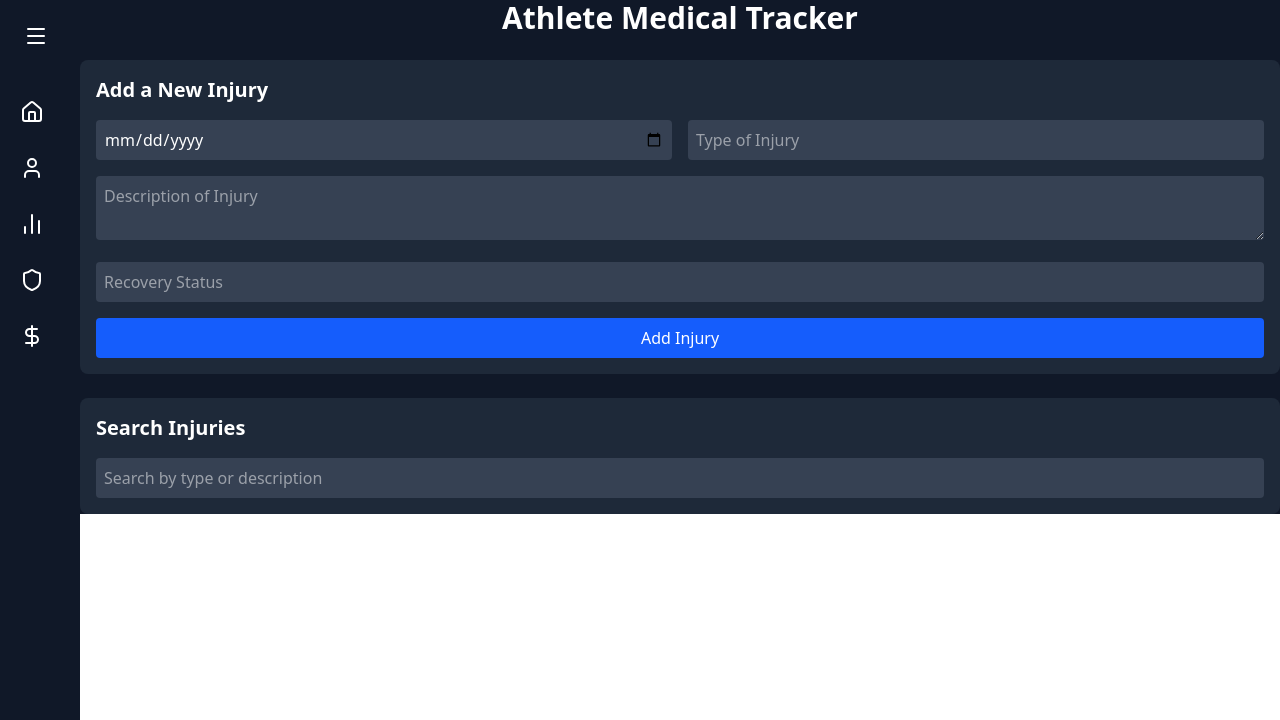
Repository: Shovon0004/Athlete
Page: /medical (app in Athlete/)
An editor plug-in stored every save of this project. The page is shown before and after the next save, followed by the edit.
The browser window is 1280 px wide. The pictures show the whole page.
The project was rebuilt for these pictures with package versions that can differ from the ones it lists, and the page was loaded fresh each time. Also part of the build but not shown: Athlete/vite.config.js, Athlete/src/components/FinanceActions.jsx, Athlete/src/components/EditableFinanceDashboard.jsx, Athlete/src/components/News.jsx, Athlete/src/components/SportsPage.jsx, Athlete/src/components/HeroPage.jsx.

Above is the page before, as saved 2025-01-28 22:13:09.

### Athlete/index.html
<!doctype html>
<html lang="en">
  <head>
    <meta charset="UTF-8" />
    <link rel="icon" type="image/svg+xml" href="/12.png" />
    <meta name="viewport" content="width=device-width, initial-scale=1.0" />
    <title>Khiladi.co</title>
  </head>
  <body>
    <div id="root"></div>
    <script type="module" src="/src/main.jsx"></script>
  </body>
</html>

### Athlete/src/App.jsx
import React from 'react';
import { BrowserRouter as Router, Route, Routes } from 'react-router-dom';
import SideNavbar from './components/SideNavbar';
import EditableFinanceDashboard from './components/EditableFinanceDashboard';
import HeroPage from './components/HeroPage';
import Medical from './components/Medical';

const App = () => {
  return (
    <Router>
      <div className="flex">
        <SideNavbar />

        <div className="ml-20 flex-grow ">
          <Routes>
            <Route path="/" element={<HeroPage />} />
            <Route path="/financial" element={<EditableFinanceDashboard />} />
            <Route path="/medical" element={<Medical />} />

            {/* Add other routes as needed */}
          </Routes>
        </div>
      </div>
    </Router>
  );
};

export default App;

### Athlete/src/components/SideNavbar.jsx
import React, { useState } from 'react';
import {
  Home,
  User,
  BarChart2,
  Shield,
  DollarSign,
  Menu
} from 'lucide-react';

const SideNavbar = () => {
  const [isExpanded, setIsExpanded] = useState(false);

  const navItems = [
    { icon: Home, label: 'Dashboard', href: '/' },
    { icon: User, label: 'Athletes', href: '/athletes' },
    { icon: BarChart2, label: 'Performance', href: '/performance' },
    { icon: Shield, label: 'Injuries', href: '/Medical' },
    { icon: DollarSign, label: 'Financial', href: '/financial' }
  ];

  return (
    <div
      className={`h-screen bg-gray-900 text-white transition-all duration-300
        ${isExpanded ? 'w-64' : 'w-20'} fixed left-0 top-0 z-50`}
    >
      <div className="flex flex-col h-full">
        {/* Logo & Toggle */}
        <div className="flex items-center justify-between p-4  border-orange-700">
          {isExpanded && (
            <div className="text-xl font-bold">Khiladi</div>
          )}
          <button
            onClick={() => setIsExpanded(!isExpanded)}
            className="hover:bg-orange-700 p-2 rounded"
          >
            <Menu />
          </button>
        </div>

        {/* Navigation Items */}
        <nav className="flex-grow mt-4">
          <ul className="space-y-2">
            {navItems.map((item, index) => (
              <li key={index}>
                <a
                  href={item.href}
                  className={`flex items-center p-3 hover:bg-orange-700
                    ${isExpanded ? 'justify-start px-6' : 'justify-center'}`}
                >
                  <item.icon className="mr-4" />
                  {isExpanded && <span>{item.label}</span>}
                </a>
              </li>
            ))}
          </ul>
        </nav>
      </div>
    </div>
  );
};

export default SideNavbar;

### Athlete/src/components/Medical.jsx
import React, { useState } from "react";
import { motion } from "framer-motion";

const Medical = () => {
  const [injuries, setInjuries] = useState([]);
  const [newInjury, setNewInjury] = useState({
    date: "",
    type: "",
    description: "",
    recoveryStatus: "",
  });
  const [searchTerm, setSearchTerm] = useState("");
  const [filteredInjuries, setFilteredInjuries] = useState([]);

  const handleInputChange = (e) => {
    const { name, value } = e.target;
    setNewInjury({ ...newInjury, [name]: value });
  };

  const addInjury = () => {
    if (newInjury.date && newInjury.type) {
      const updatedInjuries = [...injuries, { ...newInjury, id: Date.now() }];
      setInjuries(updatedInjuries);
      setFilteredInjuries(updatedInjuries);
      setNewInjury({ date: "", type: "", description: "", recoveryStatus: "" });
    }
  };

  const handleSearch = (e) => {
    const term = e.target.value;
    setSearchTerm(term);
    if (term) {
      setFilteredInjuries(
        injuries.filter(
          (injury) =>
            injury.type.toLowerCase().includes(term.toLowerCase()) ||
            injury.description.toLowerCase().includes(term.toLowerCase())
        )
      );
    } else {
      setFilteredInjuries(injuries);
    }
  };

  const deleteInjury = (id) => {
    const updatedInjuries = injuries.filter((injury) => injury.id !== id);
    setInjuries(updatedInjuries);
    setFilteredInjuries(updatedInjuries);
  };

  return (
    <div className=" max-w-full max-h-full  bg-gray-900 text-white">
      <motion.h1
        className="text-3xl font-bold mb-6 text-center"
        initial={{ opacity: 0, y: -50 }}
        animate={{ opacity: 1, y: 0 }}
      >
        Athlete Medical Tracker
      </motion.h1>

      <div className="mb-6 p-4 rounded-lg bg-gray-800">
        <h2 className="text-xl font-semibold mb-4">Add a New Injury</h2>
        <div className="grid grid-cols-1 gap-4 sm:grid-cols-2">
          <input
            type="date"
            name="date"
            value={newInjury.date}
            onChange={handleInputChange}
            className="p-2 rounded bg-gray-700 text-white"
            placeholder="Date of Injury"
          />
          <input
            type="text"
            name="type"
            value={newInjury.type}
            onChange={handleInputChange}
            className="p-2 rounded bg-gray-700 text-white"
            placeholder="Type of Injury"
          />
        </div>
        <textarea
          name="description"
          value={newInjury.description}
          onChange={handleInputChange}
          className="mt-4 p-2 w-full rounded bg-gray-700 text-white"
          placeholder="Description of Injury"
        ></textarea>
        <input
          type="text"
          name="recoveryStatus"
          value={newInjury.recoveryStatus}
          onChange={handleInputChange}
          className="mt-4 p-2 w-full rounded bg-gray-700 text-white"
          placeholder="Recovery Status"
        />
        <button
          onClick={addInjury}
          className="mt-4 w-full p-2 bg-blue-600 hover:bg-blue-700 rounded text-white"
        >
          Add Injury
        </button>
      </div>

      <div className="mb-6 p-4 rounded-lg bg-gray-800">
        <h2 className="text-xl font-semibold mb-4">Search Injuries</h2>
        <input
          type="text"
          value={searchTerm}
          onChange={handleSearch}
          className="p-2 w-full rounded bg-gray-700 text-white"
          placeholder="Search by type or description"
        />
      </div>

      <div className="space-y-4">
        {filteredInjuries.map((injury) => (
          <div key={injury.id} className="p-4 rounded-lg bg-gray-800">
            <h3 className="text-lg font-bold">{injury.type}</h3>
            <p className="text-sm text-gray-400">Date: {injury.date}</p>
            <p className="mt-2">{injury.description}</p>
            <p className="mt-2 text-sm font-medium text-green-400">
              Recovery Status: {injury.recoveryStatus || "Not updated"}
            </p>
            <button
              onClick={() => deleteInjury(injury.id)}
              className="mt-4 p-2 bg-red-600 hover:bg-red-700 rounded text-white"
            >
              Delete
            </button>
          </div>
        ))}
      </div>
    </div>
  );
};

export default Medical;

Loaded but not shown: Athlete/src/main.jsx (common file); Athlete/src/index.css (common file)

After the next save:
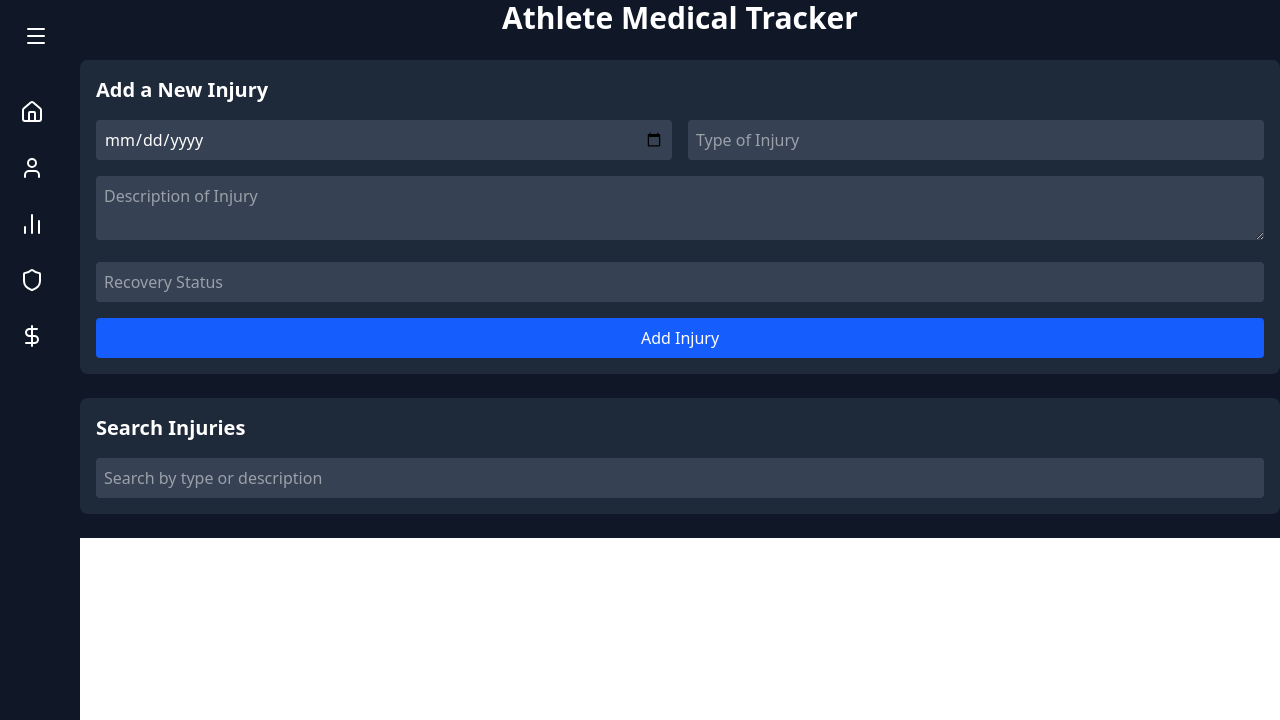
Saved 40 s later.
--- a/Athlete/src/components/Medical.jsx
+++ b/Athlete/src/components/Medical.jsx
@@ -49,7 +49,7 @@
   };
 
   return (
-    <div className=" max-w-full max-h-full  bg-gray-900 text-white">
+    <div className=" max-w-full h-full  bg-gray-900 text-white">
       <motion.h1
         className="text-3xl font-bold mb-6 text-center"
         initial={{ opacity: 0, y: -50 }}
